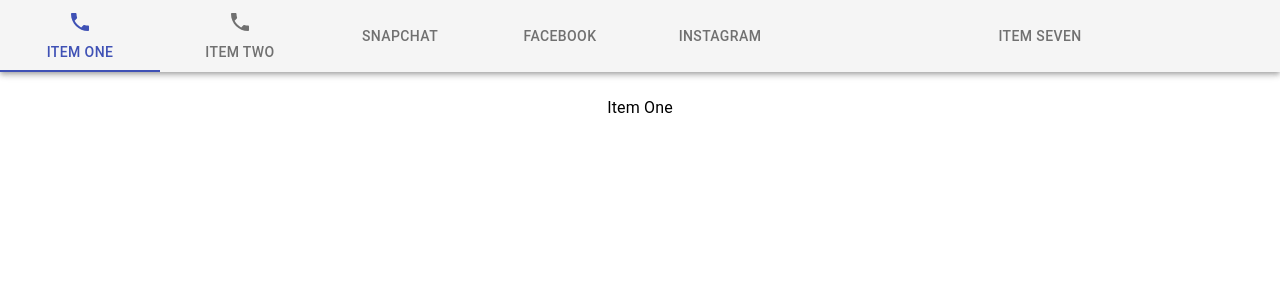
Repository: hossamsulleman1/CONTACTME
Page: / (app in my-app/)
An editor plug-in stored every save of this project. The page is shown before and after a run of saves, followed by the edit.
The browser window is 1280 px wide. The pictures show the whole page.
The project was rebuilt for these pictures with package versions that can differ from the ones it lists, and the page was loaded fresh each time.

Above is the page before, as saved 2020-11-07 14:06:28.

### my-app/src/App.js
import './App.css';
import IconNav from './Components/IconNav';

function App() {
  return (
    <div className="App">
<IconNav>

</IconNav>
    </div>
  );
}

export default App;

### my-app/src/Components/IconNav.jsx
import React from "react";
import PropTypes from "prop-types";
import { makeStyles } from "@material-ui/core/styles";
import AppBar from "@material-ui/core/AppBar";
import Tabs from "@material-ui/core/Tabs";
import Tab from "@material-ui/core/Tab";
import Typography from "@material-ui/core/Typography";
import Box from "@material-ui/core/Box";
import PhoneIcon from "@material-ui/icons/Phone";

function TabPanel(props) {
  const { children, value, index, ...other } = props;

  return (
    <div
      role="tabpanel"
      hidden={value !== index}
      id={`scrollable-auto-tabpanel-${index}`}
      aria-labelledby={`scrollable-auto-tab-${index}`}
      {...other}
    >
      {value === index && (
        <Box p={3}>
          <Typography>{children}</Typography>
        </Box>
      )}
    </div>
  );
}

TabPanel.propTypes = {
  children: PropTypes.node,
  index: PropTypes.any.isRequired,
  value: PropTypes.any.isRequired,
};

function a11yProps(index) {
  return {
    id: `scrollable-auto-tab-${index}`,
    "aria-controls": `scrollable-auto-tabpanel-${index}`,
  };
}

const useStyles = makeStyles((theme) => ({
  root: {
    flexGrow: 1,
    width: "100%",
    backgroundColor: theme.palette.background.paper,
  },
}));

export default function IconNav() {
  const classes = useStyles();
  const [value, setValue] = React.useState(0);

  const handleChange = (event, newValue) => {
    setValue(newValue);
  };

  return (
    <div className={classes.root}>
      <AppBar position="static" color="default">
        <Tabs
          value={value}
          onChange={handleChange}
          indicatorColor="primary"
          textColor="primary"
          variant="scrollable"
          scrollButtons="auto"
          aria-label="scrollable auto tabs example"
        >
          <Tab icon={<PhoneIcon />} label="Item One" {...a11yProps(0)} />
          <Tab icon={<PhoneIcon />} label="Item Two" {...a11yProps(1)} />
          <Tab label="SNAPCHAT" {...a11yProps(2)} />
          <Tab label="FACEBOOK" {...a11yProps(3)} />
          <Tab label="INSTAGRAM" {...a11yProps(4)} />
          <Tab label="" {...a11yProps(5)} />
          <Tab label="Item Seven" {...a11yProps(6)} />
        </Tabs>
      </AppBar>
      <TabPanel value={value} index={0}>
        Item One
      </TabPanel>
      <TabPanel value={value} index={1}>
        Item Two
      </TabPanel>
      <TabPanel value={value} index={2}>
        Item Three
      </TabPanel>
      <TabPanel value={value} index={3}>
        Item Four
      </TabPanel>
      <TabPanel value={value} index={4}>
        Item Five
      </TabPanel>
      <TabPanel value={value} index={5}>
        Item Six
      </TabPanel>
      <TabPanel value={value} index={6}>
        Item Seven
      </TabPanel>
    </div>
  );
}

Loaded but not shown: my-app/public/index.html (common file); my-app/src/index.js (common file); my-app/src/index.css (common file); my-app/src/reportWebVitals.js (common file); my-app/src/App.css (common file)

After the next 2 saves:
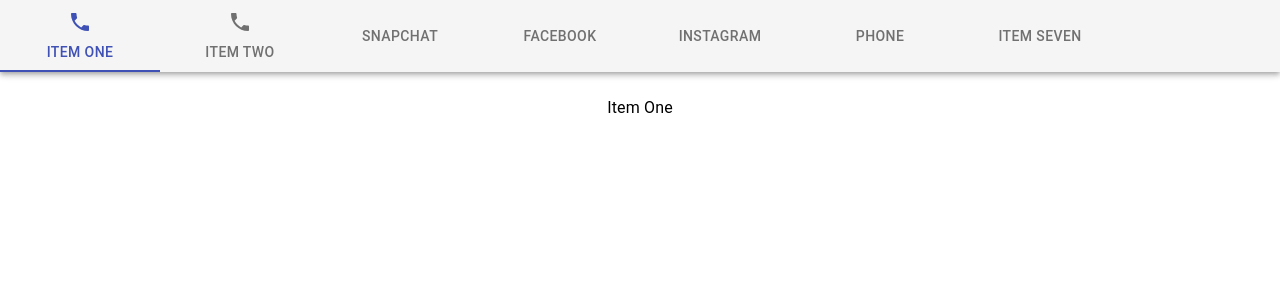
The 2 saves are shown as one change because they came seconds apart.
The last was saved 15 s later.
--- a/my-app/src/Components/IconNav.jsx
+++ b/my-app/src/Components/IconNav.jsx
@@ -74,7 +74,7 @@ export default function IconNav() {
           <Tab label="SNAPCHAT" {...a11yProps(2)} />
           <Tab label="FACEBOOK" {...a11yProps(3)} />
           <Tab label="INSTAGRAM" {...a11yProps(4)} />
-          <Tab label="" {...a11yProps(5)} />
+          <Tab label="PHONE" {...a11yProps(5)} />
           <Tab label="Item Seven" {...a11yProps(6)} />
         </Tabs>
       </AppBar>
